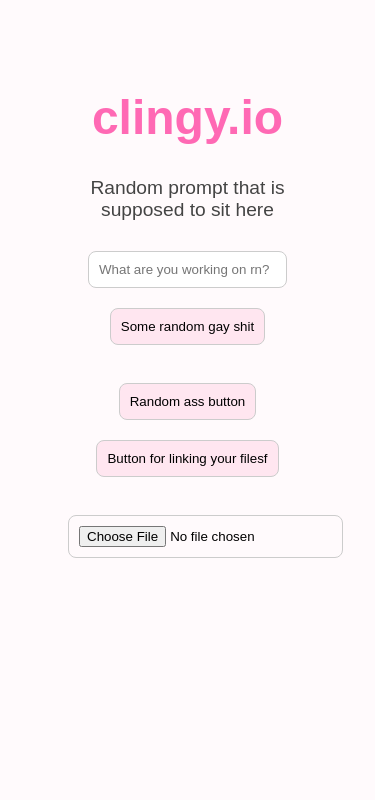
Repository: shreeyanshujha/clingy
Page: index.html
An editor plug-in stored every save of this project. The page is shown before and after the next save, followed by the edit.
The browser window is 375 px wide. The pictures show the whole page.

Above is the page before, as saved 2025-07-22 05:27:45.

After the next save:
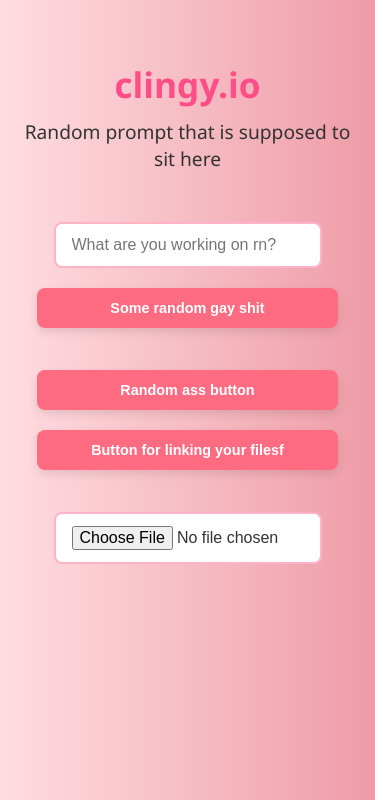
Saved 3 min 18 s later.
--- a/style.css
+++ b/style.css
@@ -1,32 +1,75 @@
+/* Reset default browser styles */
+* {
+  margin: 0;
+  padding: 0;
+  box-sizing: border-box;
+}
+
 body {
-  font-family: 'Arial', sans-serif;
-  background-color: #fffafc;
+  font-family: 'Segoe UI', Tahoma, Geneva, Verdana, sans-serif;
+  background: linear-gradient(to right, #ffdde1, #ee9ca7);
+  color: #333;
   text-align: center;
-  padding: 50px;
+  padding: 60px 20px;
+  min-height: 100vh;
 }
 
 h1 {
-  color: #ff69b4;
-  font-size: 3rem;
+  font-size: 3.5rem;
+  color: #ff4d88;
+  margin-bottom: 10px;
 }
 
 p {
   font-size: 1.2rem;
-  color: #444;
+  margin-bottom: 40px;
+  color: #333;
 }
 
-input, button {
+input[type="text"],
+input[type="file"],
+button {
+  padding: 12px 16px;
   margin: 10px;
-  padding: 10px;
+  font-size: 1rem;
   border-radius: 8px;
-  border: 1px solid #ccc;
+  border: none;
+  outline: none;
+  transition: all 0.2s ease;
+}
+
+input[type="text"],
+input[type="file"] {
+  border: 2px solid #ffb3c6;
+  background-color: #fff;
+  width: 80%;
+  max-width: 400px;
 }
 
 button {
-  background-color: #ffe6f0;
+  background-color: #ff6b81;
+  color: white;
+  font-weight: bold;
+  box-shadow: 0 4px 10px rgba(0,0,0,0.1);
   cursor: pointer;
 }
 
 button:hover {
-  background-color: #ffc2d1;
+  background-color: #ff4d6d;
+  transform: translateY(-2px);
 }
+
+button:active {
+  transform: translateY(1px);
+}
+
+@media (max-width: 500px) {
+  h1 {
+    font-size: 2.2rem;
+  }
+
+  input, button {
+    font-size: 0.9rem;
+    width: 90%;
+  }
+}
